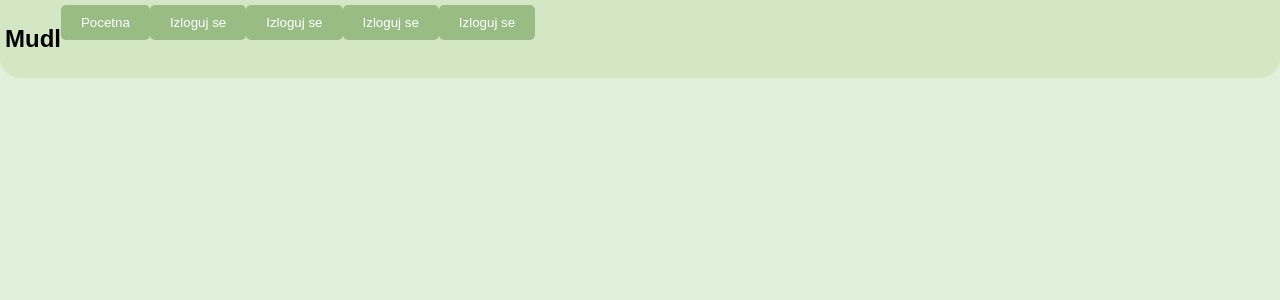
Repository: MarkoKillin/RazvojInformacionihSistemaProjekat
Page: http://localhost/MudlWeb/headers/admin_header.jsp
These files come from the project's save history. The page is drawn as it stood at one moment and after the next save; the edit follows.
The browser window is 1280 px wide. The pictures show the whole page.
The page is served by Tomcat 10.

Above is the page before, as saved 2024-01-28 17:43:29.

After the next save:
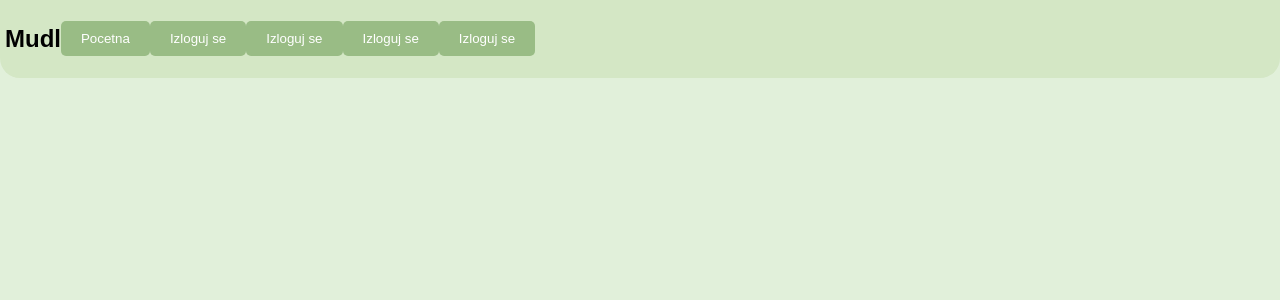
Saved 18 s later.
--- a/MudlWeb/src/main/webapp/css/styles.css
+++ b/MudlWeb/src/main/webapp/css/styles.css
@@ -20,14 +20,15 @@ header {
 	padding: 5px;
 	display: flex;
 	flex-direction: row;
+	align-items: center;
 	border-bottom-left-radius: 20px;
 	border-bottom-right-radius: 20px;
 }
 
 header nav {
-    display: flex;
-	justify-content: right;
-}
+        display: flex;
+        flex-direction: row-reverse;
+    }
 
 footer {
 	background-color: var(--secondary-color);
